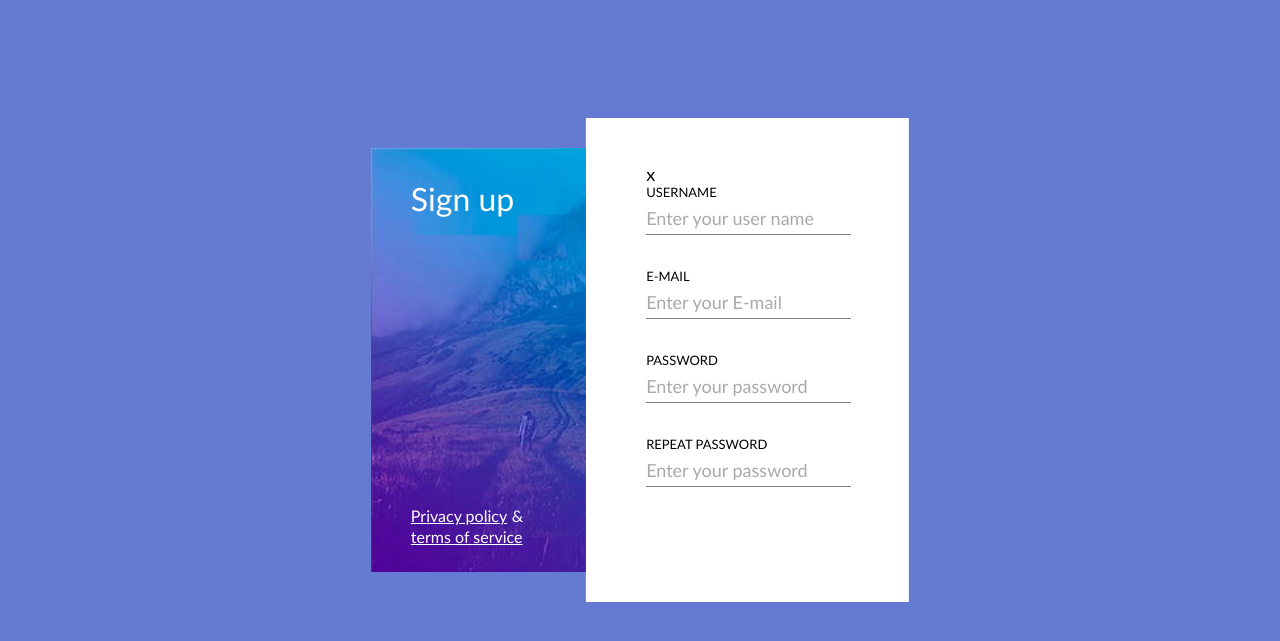
Repository: motiejus1/11-paskaita-adobexd-registracija
Page: index.html
An editor plug-in stored every save of this project. The page is shown before and after a run of saves, followed by the edit.
The browser window is 1280 px wide. The pictures show the whole page.

Above is the page before, as saved 2021-06-17 20:22:36.

### index.html
<!DOCTYPE html>
<html lang="en">
<head>
    <meta charset="UTF-8">
    <meta http-equiv="X-UA-Compatible" content="IE=edge">
    <meta name="viewport" content="width=device-width, initial-scale=1.0">
    <title>Registracija</title>
    <style>
        html {
            font-size: 18px;
        }

        body {
            max-width: 1920px;
            background-color: #657AD3;
            font: normal normal normal 1rem/1.1667rem Gill Sans MT;
        }

        .container {
            width: 42.05%;
            position: absolute;
            top: 50%;
            left: 50%;
            transform: translate(-50%, -50%);
        }

        .left-column, .right-column {
            float:left;
            height: 26.8889rem;
        }

        .left-column {
            background-color: transparent;
            width: 40%;

        }

        .right-column {
            width: 60%;
            background-color: #fff;
        }

        .left-column-container {
            margin-top: 1.6667rem;
            height: 23.5556rem;
            background-color: #fff;
            background: transparent url('img/mountain.png') 0% 0% no-repeat padding-box;
            background-size: cover;
            padding-left: 2.2222rem;
            position: relative;

        }

        h1 {
            font: normal normal normal 1.7778rem/2.0556rem Gill Sans MT;
            color: #FFFFFF;
            margin: 0;
            padding-top: 32px;
        }


        .links {
            position: absolute;
            bottom: 1.3889rem;
        }

        .links a, .links p {
            display: inline-block;
            color: #FFFFFF;
            font: normal normal normal 0.8889rem/1.0556rem Gill Sans MT;
        }

        .links a:hover {
            color:#808080;
        }

        .links p {
            margin: 0;
        }

        .right-column-container {
            padding-left: 3.3333rem;
            padding-top: 2.5556rem;
            padding-right: 3.3333rem;
        }

        input {
            display: block;
            width: 100%;
            border: 0;
            border-bottom: 1px solid #808080;
            padding-bottom: 0.3333rem;
            padding-left: 0;
        }

        input:focus {
            border: 0;
            outline: none;
            border-bottom: 1px solid #808080;
        }
        /* klase input */

        .input {
            margin-bottom: 1.8889rem;
        }

        label {
            display: block;
            font: normal normal normal 0.7222rem/0.8333rem Gill Sans MT;
            text-transform: uppercase;
            color: #000000;
            padding-bottom: 0.6667rem;
        }

        ::-webkit-input-placeholder {
            font: normal normal normal 1rem/1.1667rem Gill Sans MT;
            color: #A9A9A9;

        }

        .close {

        }

    </style>

</head>
<body>

    <div class="container">

        <div class="left-column">
            <div class="left-column-container">
                <h1>Sign up</h1>

                <div class="links">
                    <a href="#">Privacy policy</a>
                    <p>&</p>
                    <a href="#">terms of service</a>
                </div>
            </div>
        </div>
        <div class="right-column">
            <div class="right-column-container">
                <span class="close">x</span>
                <div class="input">
                    <label for="username">Username</label>
                    <input placeholder="Enter your user name" type="text" id="username" name="username" />
                </div>
                <div class="input">
                    <label for="email">E-mail</label>
                    <input placeholder="Enter your E-mail" type="text" id="email" name="email" />
                </div>
                <div class="input">
                    <label for="password">Password</label>
                    <input placeholder="Enter your password" type="password" id="password" name="password" />
                </div>
                <div class="input">
                    <label for="repeat-password">Repeat password</label>
                    <input placeholder="Enter your password" type="password" id="repeat-password" name="repeat-password" />
                </div>
            </div>
        </div>
    </div>

</body>
</html>

After the next 2 saves:
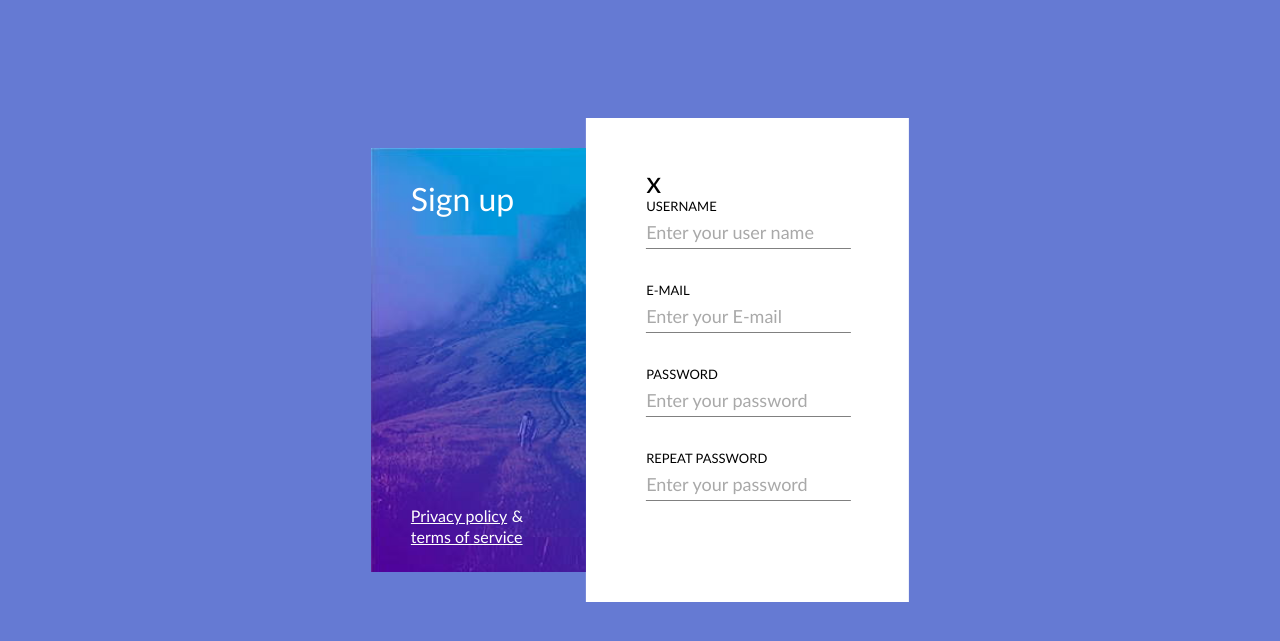
The 2 saves are shown as one change because they came seconds apart.
The last was saved 11 s later.
--- a/index.html
+++ b/index.html
@@ -119,7 +119,7 @@
         }
 
         .close {
-
+            font: normal normal normal 1.6667rem/1.9444rem Gill Sans MT;
         }
 
     </style>
